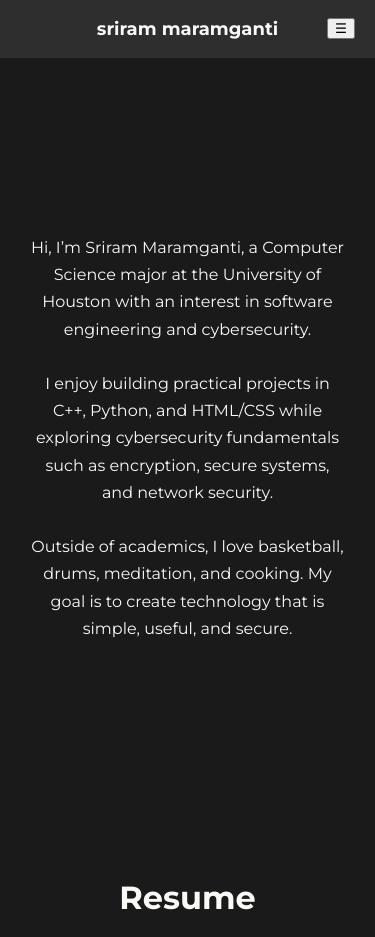
Repository: srirammaramganti/srirammaramganti.github.io
Page: index.html
These files come from the project's save history. The page is drawn as it stood at one moment and after the next save; the edit follows.
The browser window is 375 px wide. The pictures show the part of the page from y = 0 to 937 px (the page is 1841 px tall).
Pictures or frames that could not be fetched are drawn as grey boxes.

Above is the page before, as saved 2025-12-18 15:10:29.

After the next save:
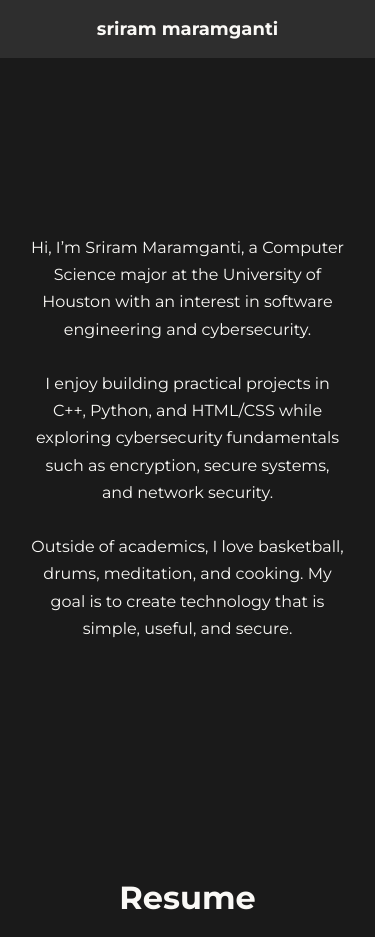
Saved 3 min 6 s later.
--- a/index.css
+++ b/index.css
@@ -200,11 +200,15 @@ footer {
   }
 
   .hamburger {
-    display: block;
-    position: absolute;
-    right: 20px;
-    top: 18px;
-  }
+  display: none;
+  font-size: 28px;
+  background: none;
+  border: none;
+  color: #FFFFFF;
+  cursor: pointer;
+  z-index: 1100;
+}
+
 
   .nav-links {
     flex-direction: column;
